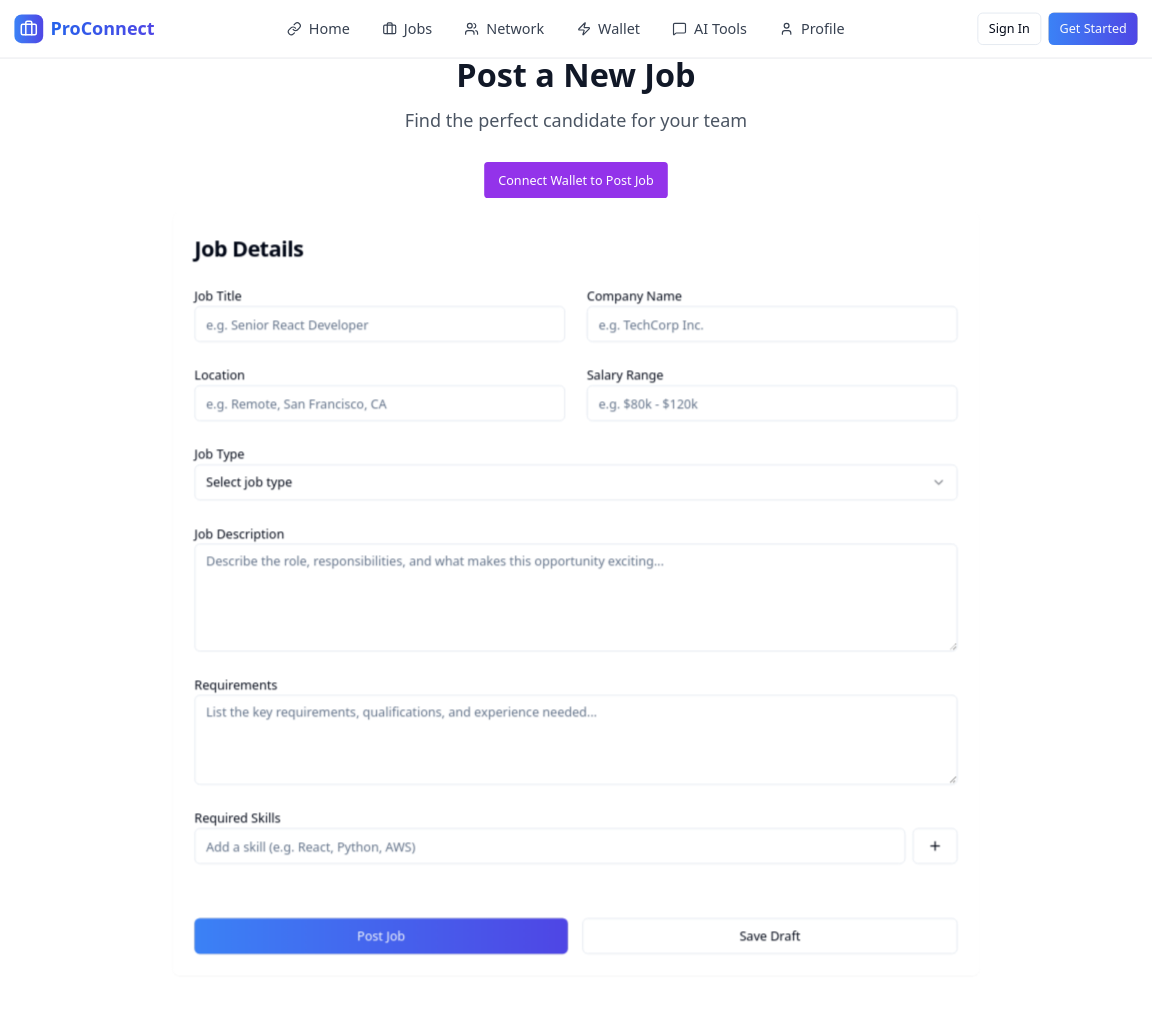
Repository: anjalikumari2207/connect-career-future
Page: /post-job (app in client/)
These files come from the project's save history. The page is drawn as it stood at one moment and after the next save; the edit follows.
The browser window is 1280 px wide. The pictures show the whole page, at 90% of full size.
The project was rebuilt for these pictures with package versions that can differ from the ones it lists, and the page was loaded fresh each time. Also part of the build but not shown: client/vite.config.ts, client/src/components/ui/tooltip.tsx, client/src/pages/NotFound.tsx, client/src/pages/AuthPage.tsx, client/src/pages/ProfilePage.tsx, client/src/components/ui/badge.tsx, client/src/components/ui/avatar.tsx, client/src/api/job.ts and 5 more.

Above is the page before, as saved 2025-07-08 07:56:42.

After the next save:
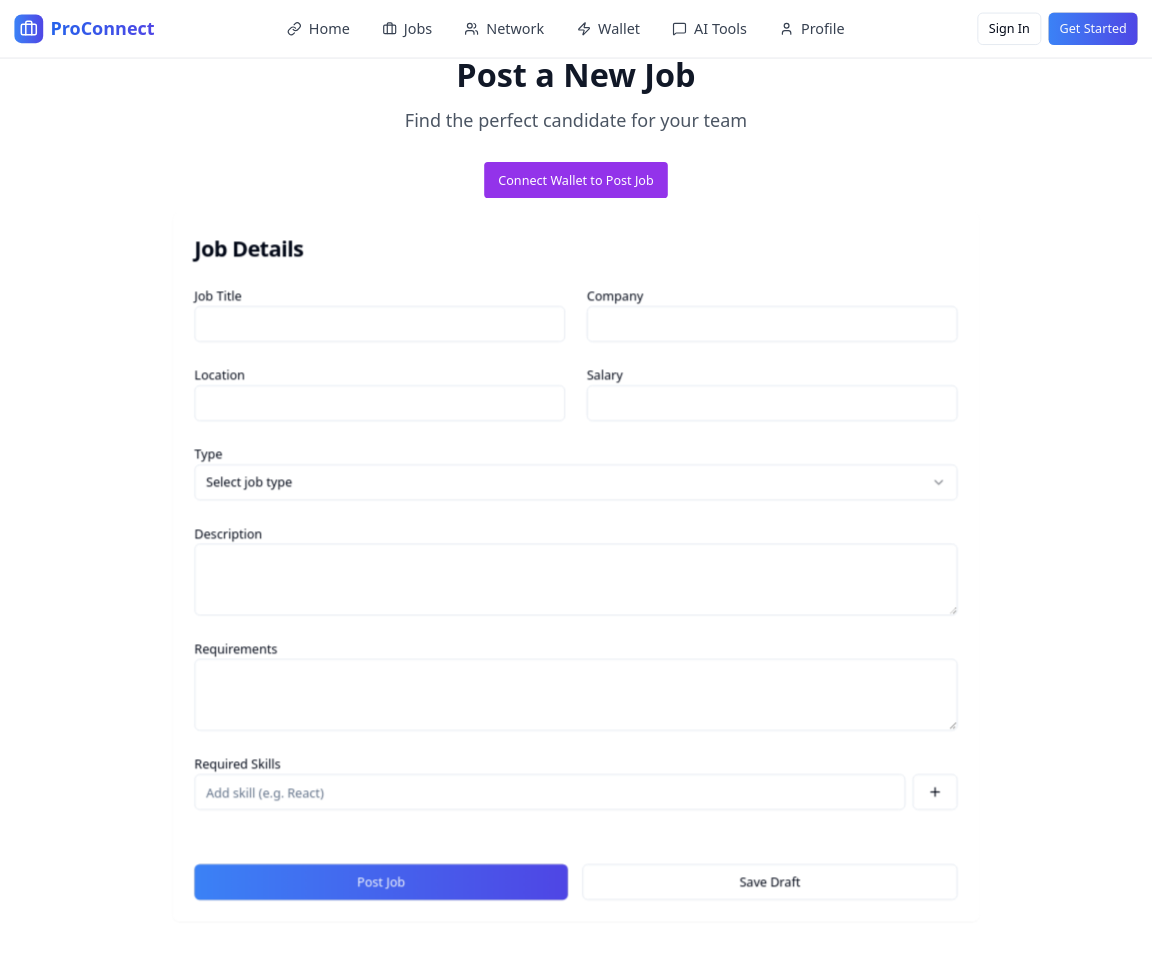
Saved 11 min 35 s later.
--- a/client/src/pages/PostJob.tsx
+++ b/client/src/pages/PostJob.tsx
@@ -10,6 +10,9 @@ import { X, Plus } from "lucide-react";
 import { useToast } from "@/hooks/use-toast";
 import { useWallet } from "@/hooks/useWallet";
 import axios from "@/api/axios";
+import { ethers } from "ethers"; // ✅ added for blockchain transaction
+
+const ADMIN_WALLET = "0xb40dfb28a1d92f60b9eee20a764e572eef728acb"; // 🔁 Replace this with your actual wallet
 
 const PostJob = () => {
   const [jobData, setJobData] = useState({
@@ -44,7 +47,7 @@ const PostJob = () => {
   const handleSubmit = async (e: React.FormEvent) => {
     e.preventDefault();
 
-    if (!isConnected) {
+    if (!isConnected || !walletAddress) {
       toast({
         title: "Wallet Not Connected",
         description: "Please connect your wallet before posting.",
@@ -54,14 +57,29 @@ const PostJob = () => {
     }
 
     try {
+      const provider = new ethers.BrowserProvider((window as any).ethereum);
+      const signer = await provider.getSigner();
+
+      toast({ title: "Confirm payment to post job..." });
+
+      const tx = await signer.sendTransaction({
+        to: ADMIN_WALLET,
+        value: ethers.parseEther("0.001"), // 💰 fee amount
+      });
+
+      await tx.wait(); // wait until mined
+
+      toast({
+        title: "Payment Successful",
+        description: "Blockchain transaction confirmed.",
+      });
+
       const payload = { ...jobData, skills };
       const res = await axios.post("/jobs", payload);
 
-      console.log("✅ Job posted:", res.data);
-
-      toast({
-        title: "Job Posted Successfully!",
-        description: "Your job listing is now live and visible to candidates.",
+      toast({
+        title: "Job Posted!",
+        description: "Your job is now live.",
       });
 
       setJobData({
@@ -75,10 +93,10 @@ const PostJob = () => {
       });
       setSkills([]);
     } catch (err: any) {
-      console.error("❌ Job post failed", err);
-      toast({
-        title: "Error posting job",
-        description: err.response?.data?.msg || "Something went wrong",
+      console.error("❌ Error:", err);
+      toast({
+        title: "Transaction Failed",
+        description: err?.message || "Payment or posting failed.",
         variant: "destructive",
       });
     }
@@ -116,17 +134,15 @@ const PostJob = () => {
                     id="title"
                     value={jobData.title}
                     onChange={(e) => handleInputChange("title", e.target.value)}
-                    placeholder="e.g. Senior React Developer"
-                    required
-                  />
-                </div>
-                <div>
-                  <Label htmlFor="company">Company Name</Label>
+                    required
+                  />
+                </div>
+                <div>
+                  <Label htmlFor="company">Company</Label>
                   <Input
                     id="company"
                     value={jobData.company}
                     onChange={(e) => handleInputChange("company", e.target.value)}
-                    placeholder="e.g. TechCorp Inc."
                     required
                   />
                 </div>
@@ -139,24 +155,22 @@ const PostJob = () => {
                     id="location"
                     value={jobData.location}
                     onChange={(e) => handleInputChange("location", e.target.value)}
-                    placeholder="e.g. Remote, San Francisco, CA"
-                    required
-                  />
-                </div>
-                <div>
-                  <Label htmlFor="salary">Salary Range</Label>
+                    required
+                  />
+                </div>
+                <div>
+                  <Label htmlFor="salary">Salary</Label>
                   <Input
                     id="salary"
                     value={jobData.salary}
                     onChange={(e) => handleInputChange("salary", e.target.value)}
-                    placeholder="e.g. $80k - $120k"
-                    required
-                  />
-                </div>
-              </div>
-
-              <div>
-                <Label htmlFor="type">Job Type</Label>
+                    required
+                  />
+                </div>
+              </div>
+
+              <div>
+                <Label htmlFor="type">Type</Label>
                 <Select value={jobData.type} onValueChange={(value) => handleInputChange("type", value)}>
                   <SelectTrigger>
                     <SelectValue placeholder="Select job type" />
@@ -172,13 +186,11 @@ const PostJob = () => {
               </div>
 
               <div>
-                <Label htmlFor="description">Job Description</Label>
+                <Label htmlFor="description">Description</Label>
                 <Textarea
                   id="description"
                   value={jobData.description}
                   onChange={(e) => handleInputChange("description", e.target.value)}
-                  placeholder="Describe the role, responsibilities, and what makes this opportunity exciting..."
-                  className="min-h-[120px]"
                   required
                 />
               </div>
@@ -189,8 +201,6 @@ const PostJob = () => {
                   id="requirements"
                   value={jobData.requirements}
                   onChange={(e) => handleInputChange("requirements", e.target.value)}
-                  placeholder="List the key requirements, qualifications, and experience needed..."
-                  className="min-h-[100px]"
                   required
                 />
               </div>
@@ -201,7 +211,7 @@ const PostJob = () => {
                   <Input
                     value={newSkill}
                     onChange={(e) => setNewSkill(e.target.value)}
-                    placeholder="Add a skill (e.g. React, Python, AWS)"
+                    placeholder="Add skill (e.g. React)"
                     onKeyPress={(e) => e.key === 'Enter' && (e.preventDefault(), addSkill())}
                   />
                   <Button type="button" onClick={addSkill} variant="outline">
@@ -212,14 +222,17 @@ const PostJob = () => {
                   {skills.map((skill) => (
                     <Badge key={skill} variant="secondary" className="flex items-center gap-1">
                       {skill}
-                      <X className="w-3 h-3 cursor-pointer hover:text-red-500" onClick={() => removeSkill(skill)} />
+                      <X className="w-3 h-3 cursor-pointer" onClick={() => removeSkill(skill)} />
                     </Badge>
                   ))}
                 </div>
               </div>
 
               <div className="flex gap-4 pt-6">
-                <Button type="submit" className="flex-1 bg-gradient-to-r from-blue-500 to-indigo-600 hover:from-blue-600 hover:to-indigo-700">
+                <Button
+                  type="submit"
+                  className="flex-1 bg-gradient-to-r from-blue-500 to-indigo-600 hover:from-blue-600 hover:to-indigo-700"
+                >
                   Post Job
                 </Button>
                 <Button type="button" variant="outline" className="flex-1">
